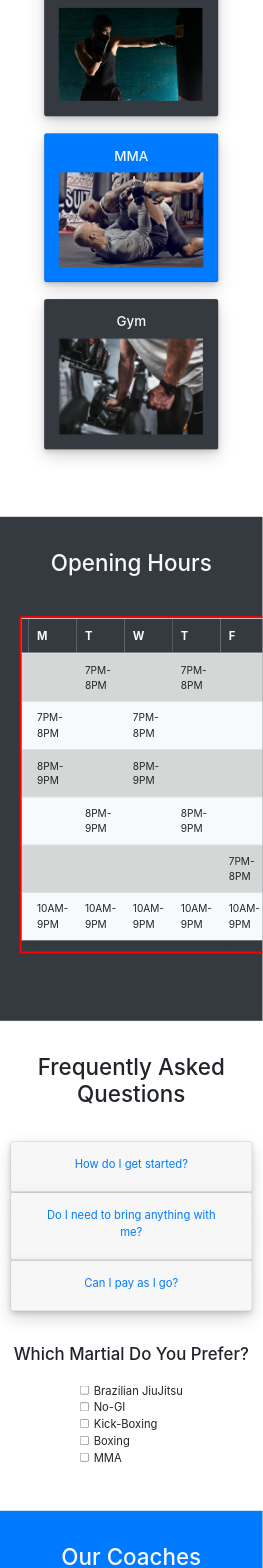
Repository: IonPara/Just-Fight
Page: index.html
The author's editor kept a copy of each file at every save. The page is drawn from the files as they stood at one save, then again after the next save.
The browser window is 375 px wide. The pictures show the part of the page from y = 1516 to 3756 px (the page is 6078 px tall), at 70% of full size.
Some web libraries are served in a nearby version.

Above is the page before, as saved 2023-03-13 16:00:47.

After the next save:
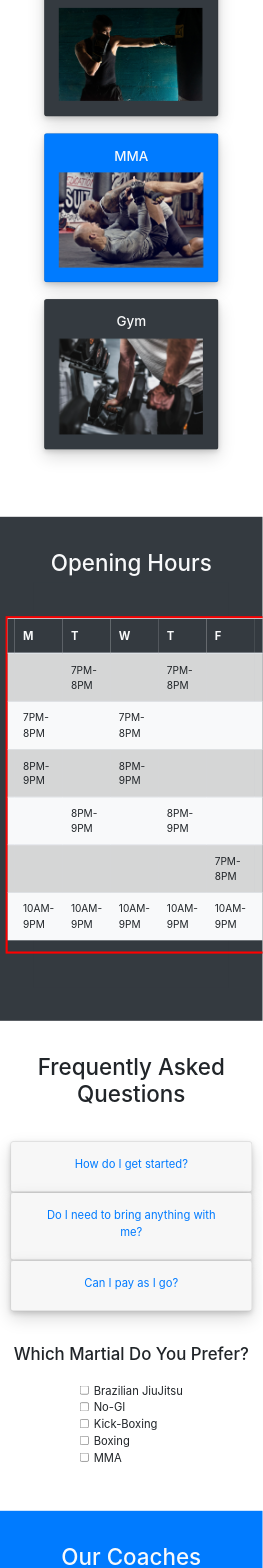
Saved 7 s later.
--- a/Styles/styles.css
+++ b/Styles/styles.css
@@ -157,7 +157,7 @@ footer p{
 
     .table-container {
         margin-right: 100px !important;
-        margin-left: -20px;
+        margin-left: -40px;
     }
 
 }
